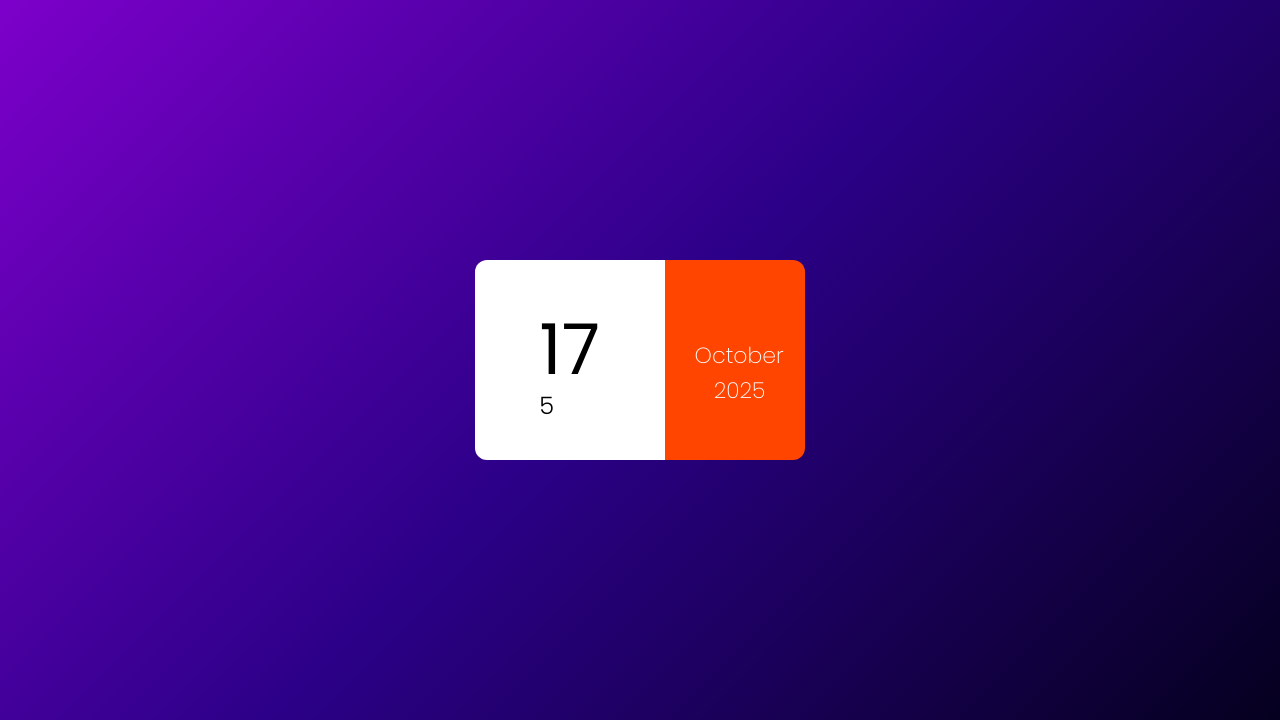
Repository: Ankitkr2021/Calendar
Page: index.html
An editor plug-in stored every save of this project. The page is shown before and after the next save, followed by the edit.
The browser window is 1280 px wide. The pictures show the whole page.

Above is the page before, as saved 2025-10-17 19:50:34.

### index.html
<!DOCTYPE html>
<html lang="en">
<head>
    <meta charset="UTF-8">
    <meta name="viewport" content="width=device-width, initial-scale=1.0">
    <title>Document</title>
    <link rel="stylesheet" href="./style.css">
</head>
<body>
    <div class="box">
        <div class="date">
            <h1>
            <div class="din" id="din"></div>
            <div class="day" id="day"> </div>
            </h1>
        </div>
        <div class="month">
            <div class="mon" id="mon">October</div>
            <div class="year" id="year">2025</div>
        </div>
    </div>
    <script src="./main.js"></script>
</body>
</html>

### style.css
@import url('https://fonts.googleapis.com/css2?family=Poppins:wght@100;200;300;400;500;600;700;800;900&display=swap');

*{
    margin: 0;
    padding: 0;
    box-sizing: border-box;
    font-family: "Poppins",sans-serif;
}

.box {
    display: flex;
    align-items: center;
    justify-content: center;
    height: 100vh;
    background: linear-gradient(135deg, #7d00ca, #2b0087 50%, #05001f 100%);
    color: #fff;
}

.date {
    background: #fff;
    color: #000;
    height: 200px;
    width: 190px;
    display: flex;
    align-items: center;
    justify-content: center;
    border-top-left-radius: 12px;
    border-bottom-left-radius: 12px;
}

.din {
    text-align: center;
    font-size: 70px;
    font-weight: 400;
    margin-bottom: -15px;
}

.day{
    font-size: 24px;
    font-weight: 300;

}

.mon {
    /* display: flex;
    align-items: center;
    justify-content: center; */
    position: relative;
    left: 30px;
    top: 5px;
    font-size: 22px;
    font-weight: 200;
    margin-bottom: 20px;
}

.year {
    /* background: #fff; */
    position: relative;
    right: 40px;
    top: 30px;
     font-size: 22px;
    font-weight: 200;
}

.month{
    background: orangered;
    height: 200px;
    display: flex;
    align-items: center;
    justify-content: center;
    border-top-right-radius: 12px;
    border-bottom-right-radius: 12px;

}

### main.js
const din = document.getElementById("din");
const day = document.getElementById("day");
const mon = document.getElementById("mon");
const year = document.getElementById("year");

const today = new Date();

console.log(today);

din.innerHTML = today.getDate();
day.innerHTML = today.getDay();

After the next save:
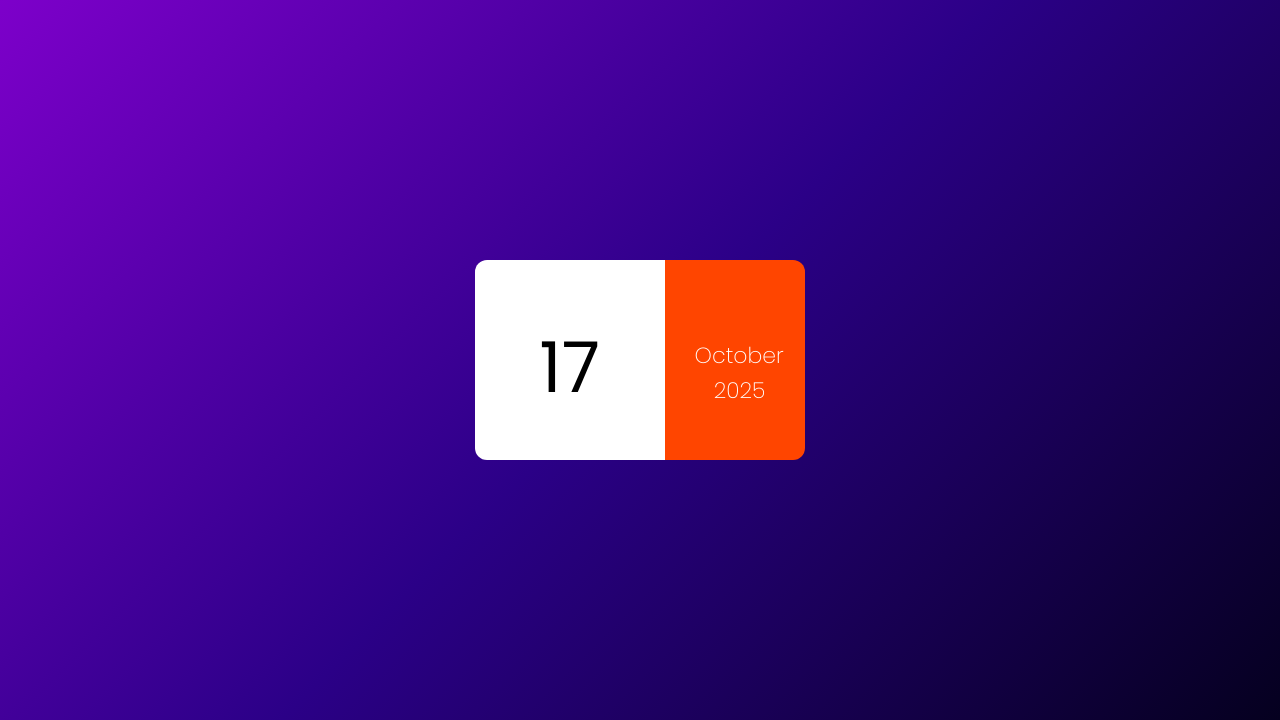
Console error: TypeError: Cannot read properties of undefined (reading 'getDay')
Saved 8 s later.
--- a/main.js
+++ b/main.js
@@ -8,4 +8,4 @@
 console.log(today);
 
 din.innerHTML = today.getDate();
-day.innerHTML = today.getDay();
+day.innerHTML = today.name.getDay();

After the 2 saves that followed:
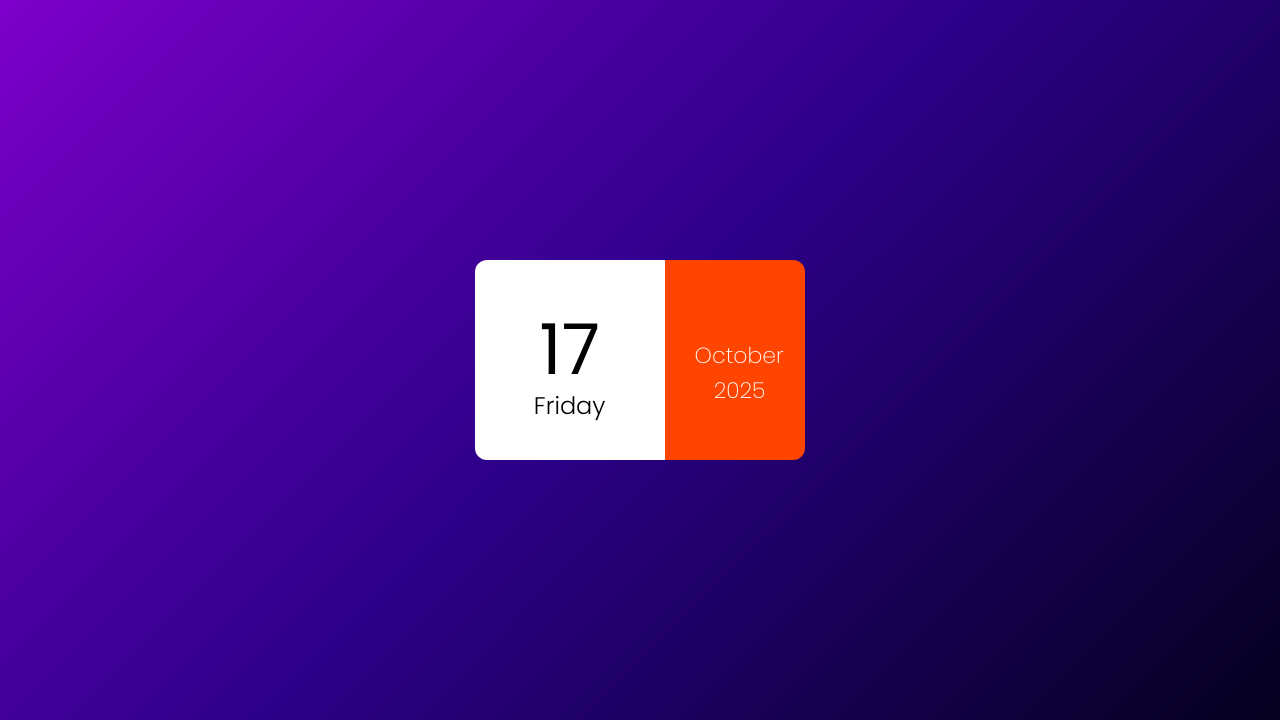
The error is gone.
The 2 saves are shown as one change because 1 left the picture as it was.
The last was saved 67 s later.
--- a/main.js
+++ b/main.js
@@ -7,5 +7,7 @@
 
 console.log(today);
 
+const days = ["Sunday", "Monday", "Tuesday", "Wednesday", "Thursday", "Friday", "Saturday"];
+
 din.innerHTML = today.getDate();
-day.innerHTML = today.name.getDay();
+day.innerHTML = days[today.getDay()];
